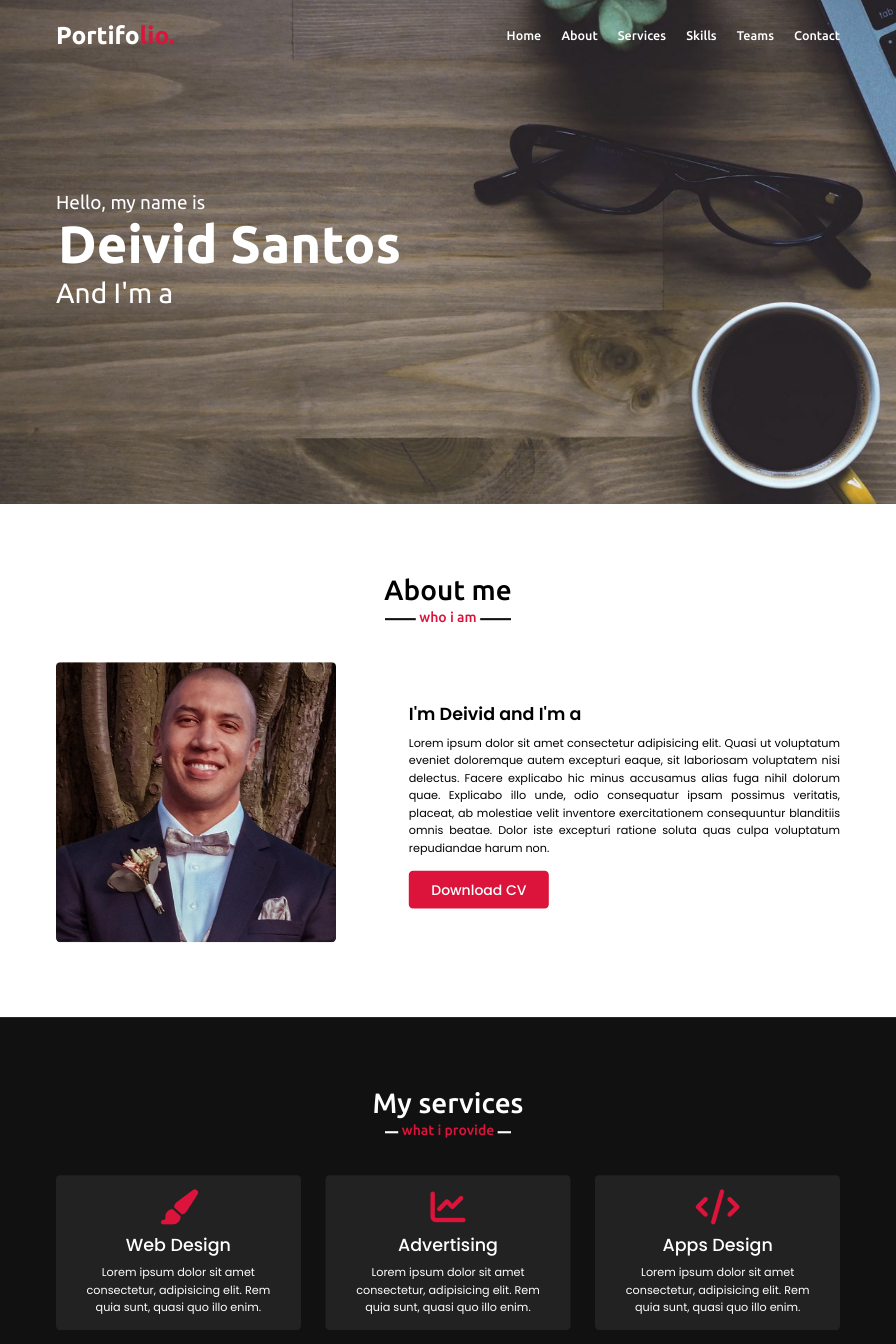
Repository: deividwsantoss/portfolio
Page: index.html
These files come from the project's save history. The page is drawn as it stood at one moment and after the next save; the edit follows.
The browser window is 1280 px wide. The pictures show the part of the page from y = 0 to 1920 px (the page is 3623 px tall before and 3973 px after), at 70% of full size.
Some web libraries are served in a nearby version.

Above is the page before, as saved 2021-03-01 23:44:07.
Console error: SyntaxError: Identifier 'typed' has already been declared

### index.html
<!DOCTYPE html>
<html lang="en">
    <head>
        <meta charset="UTF-8">
        <meta name="viewport" content="width=device-width, initial-scale=1.0">
       <title>Deivid Santos Portfolio</title>
        <link rel="stylesheet" href="/Content/style.css">
        <script src="https://kit.fontawesome.com/a076d05399.js"></script>
        <script  src="https://code.jquery.com/jquery-3.5.1.min.js"></script>
        <script src="https://cdnjs.cloudflare.com/ajax/libs/typed.js/2.0.11/typed.min.js"></script>
        <script src="https://cdnjs.cloudflare.com/ajax/libs/waypoints/4.0.1/jquery.waypoints.min.js"></script>
        <script src="https://cdnjs.cloudflare.com/ajax/libs/OwlCarousel2/2.3.4/owl.carousel.min.js"></script>
        <link rel="stylesheet" href="https://cdnjs.cloudflare.com/ajax/libs/OwlCarousel2/2.3.4/assets/owl.carousel.min.css"/>
    </head>
<body>
    <nav class="navbar">
        <div class="max-width">
            <div class="logo"><a href="#">Portifo<span>lio.</span></a></div>
            <ul class="menu">
                <li><a href="#home" class="menu-btn">Home</a></li>
                <li><a href="#about" class="menu-btn">About</a></li>
                <li><a href="#services" class="menu-btn">Services</a></li>
                <li><a href="#skills" class="menu-btn">Skills</a></li>
                <li><a href="#teams" class="menu-btn">Teams</a></li>
                <li><a href="#contact" class="menu-btn">Contact</a></li>
            </ul>
            <div class="menu-btn">
                <i class="fas fa-bars"></i>
            </div>
        </div>
    </nav>

    <!-- Home Section Start -->
    <section class="home" id="home">
        <div class="max-width">
            <div class="home-content">
                <div class="text-1">Hello, my name is </div>
                <div class="text-2">Deivid Santos</div>
                <div class="text-3">And I'm a  <span class="typing"></span></div>
            </div>
        </div>
    </section>
<!-- about section start -->
<section class="about" id="about">
    <div class="max-width">
        <h2 class="title">About me</h2>
        <div class="about-content">
            <div class="column left">
                <img src="images/profile-1.jpeg" alt="">
            </div>
            <div class="column right">
                <div class="text">I'm Deivid and I'm a <span class="typing-2"></span></div>
                <p>Lorem ipsum dolor sit amet consectetur adipisicing elit. Quasi ut voluptatum eveniet doloremque autem excepturi eaque, sit laboriosam voluptatem nisi delectus. Facere explicabo hic minus accusamus alias fuga nihil dolorum quae. Explicabo illo unde, odio consequatur ipsam possimus veritatis, placeat, ab molestiae velit inventore exercitationem consequuntur blanditiis omnis beatae. Dolor iste excepturi ratione soluta quas culpa voluptatum repudiandae harum non.</p>
                <a href="#">Download CV</a>
            </div>
        </div>
    </div>
</section>
  <!-- services section start -->
  <section class="services" id="services">
    <div class="max-width">
        <h2 class="title">My services</h2>
        <div class="serv-content">
            <div class="card">
                <div class="box">
                    <i class="fas fa-paint-brush"></i>
                    <div class="text">Web Design</div>
                    <p>Lorem ipsum dolor sit amet consectetur, adipisicing elit. Rem quia sunt, quasi quo illo enim.</p>
                </div>
            </div>
            <div class="card">
                <div class="box">
                    <i class="fas fa-chart-line"></i>
                    <div class="text">Advertising</div>
                    <p>Lorem ipsum dolor sit amet consectetur, adipisicing elit. Rem quia sunt, quasi quo illo enim.</p>
                </div>
            </div>
            <div class="card">
                <div class="box">
                    <i class="fas fa-code"></i>
                    <div class="text">Apps Design</div>
                    <p>Lorem ipsum dolor sit amet consectetur, adipisicing elit. Rem quia sunt, quasi quo illo enim.</p>
                </div>
            </div>
           </div>
        </div>
    </div>
</section>

<!-- skills section start -->
<section class="skills" id="skills">
    <div class="max-width">
        <h2 class="title">My skills</h2>
        <div class="skills-content">
            <div class="column left">
                <div class="text">My creative skills & experiences.</div>
                <p>Lorem ipsum dolor sit amet consectetur adipisicing elit. Dignissimos, ratione error est recusandae consequatur, iusto illum deleniti quidem impedit, quos quaerat quis minima sequi. Cupiditate recusandae laudantium esse, harum animi aspernatur quisquam et delectus ipsum quam alias quaerat? Quasi hic quidem illum. Ad delectus natus aut hic explicabo minus quod.</p>
                <a href="#">Read more</a>
            </div>
            <div class="column right">
                <div class="bars">
                    <div class="info">
                        <span>Oriented-Programming</span>
                        <span>90%</span>
                    </div>
                    <div class="line html"></div>
                </div>
                <div class="bars">
                    <div class="info">
                        <span></span>
                        <span>60%</span>
                    </div>
                    <div class="line css"></div>
                </div>
                <div class="bars">
                    <div class="info">
                        <span>Java</span>
                        <span>80%</span>
                    </div>
                    <div class="line js"></div>
                </div>
                <div class="bars">
                    <div class="info">
                        <span>PHP</span>
                        <span>50%</span>
                    </div>
                    <div class="line php"></div>
                </div>
                <div class="bars">
                    <div class="info">
                        <span>MySQL</span>
                        <span>70%</span>
                    </div>
                    <div class="line mysql"></div>
                </div>
            </div>
        </div>
    </div>
</section>

<!-- teams section start -->
<section class="teams" id="teams">
    <div class="max-width">
        <h2 class="title">My teams</h2>
        <div class="carousel owl-carousel">
            <div class="card">
                <div class="box">
                    <img src="images/profile-1.jpeg" alt="">
                    <div class="text">Someone name</div>
                    <p>Lorem ipsum dolor sit amet consectetur adipisicing elit.</p>
                </div>
            </div>
            <div class="card">
                <div class="box">
                    <img src="images/profile-2.jpeg" alt="">
                    <div class="text">Someone name</div>
                    <p>Lorem ipsum dolor sit amet consectetur adipisicing elit.</p>
                </div>
            </div>
            <div class="card">
                <div class="box">
                    <img src="images/profile-3.jpeg" alt="">
                    <div class="text">Someone name</div>
                    <p>Lorem ipsum dolor sit amet consectetur adipisicing elit.</p>
                </div>
            </div>
            <div class="card">
                <div class="box">
                    <img src="images/profile-4.jpeg" alt="">
                    <div class="text">Someone name</div>
                    <p>Lorem ipsum dolor sit amet consectetur adipisicing elit.</p>
                </div>
            </div>
            <div class="card">
                <div class="box">
                    <img src="images/profile-5.jpeg" alt="">
                    <div class="text">Someone name</div>
                    <p>Lorem ipsum dolor sit amet consectetur adipisicing elit.</p>
                </div>
            </div>
        </div>
    </div>
</section>

<!-- contact section start -->
<section class="contact" id="contact">
    <div class="max-width">
        <h2 class="title">Contact me</h2>
        <div class="contact-content">
            <div class="column left">
                <div class="text">Get in Touch</div>
                <p>Lorem, ipsum dolor sit amet consectetur adipisicing elit. Dignissimos harum corporis fuga corrupti. Doloribus quis soluta nesciunt veritatis vitae nobis?</p>
                <div class="icons">
                    <div class="row">
                        <i class="fas fa-user"></i>
                        <div class="info">
                            <div class="head">Name</div>
                            <div class="sub-title">Deivid Santos</div>
                        </div>
                    </div>
                    <div class="row">
                        <i class="fas fa-map-marker-alt"></i>
                        <div class="info">
                            <div class="head">Address</div>
                            <div class="sub-title">Luzern, Switzerland</div>
                        </div>
                    </div>
                    <div class="row">
                        <i class="fas fa-envelope"></i>
                        <div class="info">
                            <div class="head">Email</div>
                            <div class="sub-title">deivid.w.santos@gmail.com</div>
                        </div>
                    </div>
                </div>
            </div>
            <div class="column right">
                <div class="text">Message me</div>
                <form action="#">
                    <div class="fields">
                        <div class="field name">
                            <input type="text" placeholder="Name" required>
                        </div>
                        <div class="field email">
                            <input type="email" placeholder="Email" required>
                        </div>
                    </div>
                    <div class="field">
                        <input type="text" placeholder="Subject" required>
                    </div>
                    <div class="field textarea">
                        <textarea cols="30" rows="10" placeholder="Message.." required></textarea>
                    </div>
                    <div class="button">
                        <button type="submit">Send message</button>
                    </div>
                </form>
            </div>
        </div>
    </div>
</section>

<!-- footer section start -->
<footer>
    <span>Created By Deivid Santos | <span class="far fa-copyright"></span> 2021 All rights reserved.</span>
</footer>

<script src="script.js"></script>
</body>
</html>
<script src="script.js" type="text/javascript"></script>
</body>
</html>

### Scripts/script.js
$(document).ready(function(){
    $(window).scroll(function(){
        // sticky navbar on scroll script
        if(this.scrollY > 20){
            $('.navbar').addClass("sticky");
        }else{
            $('.navbar').removeClass("sticky");
        }

        // scroll-up button show/hide script
        if(this.scrollY > 500){
            $('.scroll-up-btn').addClass("show");
        }else{
            $('.scroll-up-btn').removeClass("show");
        }
    });

    // slide-up script
    $('.scroll-up-btn').click(function(){
        $('html').animate({scrollTop: 0});
        // removing smooth scroll on slide-up button click
        $('html').css("scrollBehavior", "auto");
    });

    $('.navbar .menu li a').click(function(){
        // applying again smooth scroll on menu items click
        $('html').css("scrollBehavior", "smooth");
    });

    // toggle menu/navbar script
    $('.menu-btn').click(function(){
        $('.navbar .menu').toggleClass("active");
        $('.menu-btn i').toggleClass("active");
    });

    // typing text animation script
    let typed = new Typed(".typing", {
        strings: ["Software Engineer", "Developer", "DevOps Engineer", "Test Engineer", "Freelancer"],
        typeSpeed: 100,
        backSpeed: 60,
        loop: true
    });

    var typed = new Typed(".typing-2", {
        strings: ["Software Engineer", "Developer", "DevOps Engineer", "Test Engineer", "Freelancer"],
        typeSpeed: 100,
        backSpeed: 60,
        loop: true
    });

    // owl carousel script
    $('.carousel').owlCarousel({
        margin: 20,
        loop: true,
        autoplayTimeOut: 2000,
        autoplayHoverPause: true,
        responsive: {
            0:{
                items: 1,
                nav: false
            },
            600:{
                items: 2,
                nav: false
            },
            1000:{
                items: 3,
                nav: false
            }
        }
    });
});

Loaded but not shown: Content/style.css (673 lines, source omitted)

After the next save:
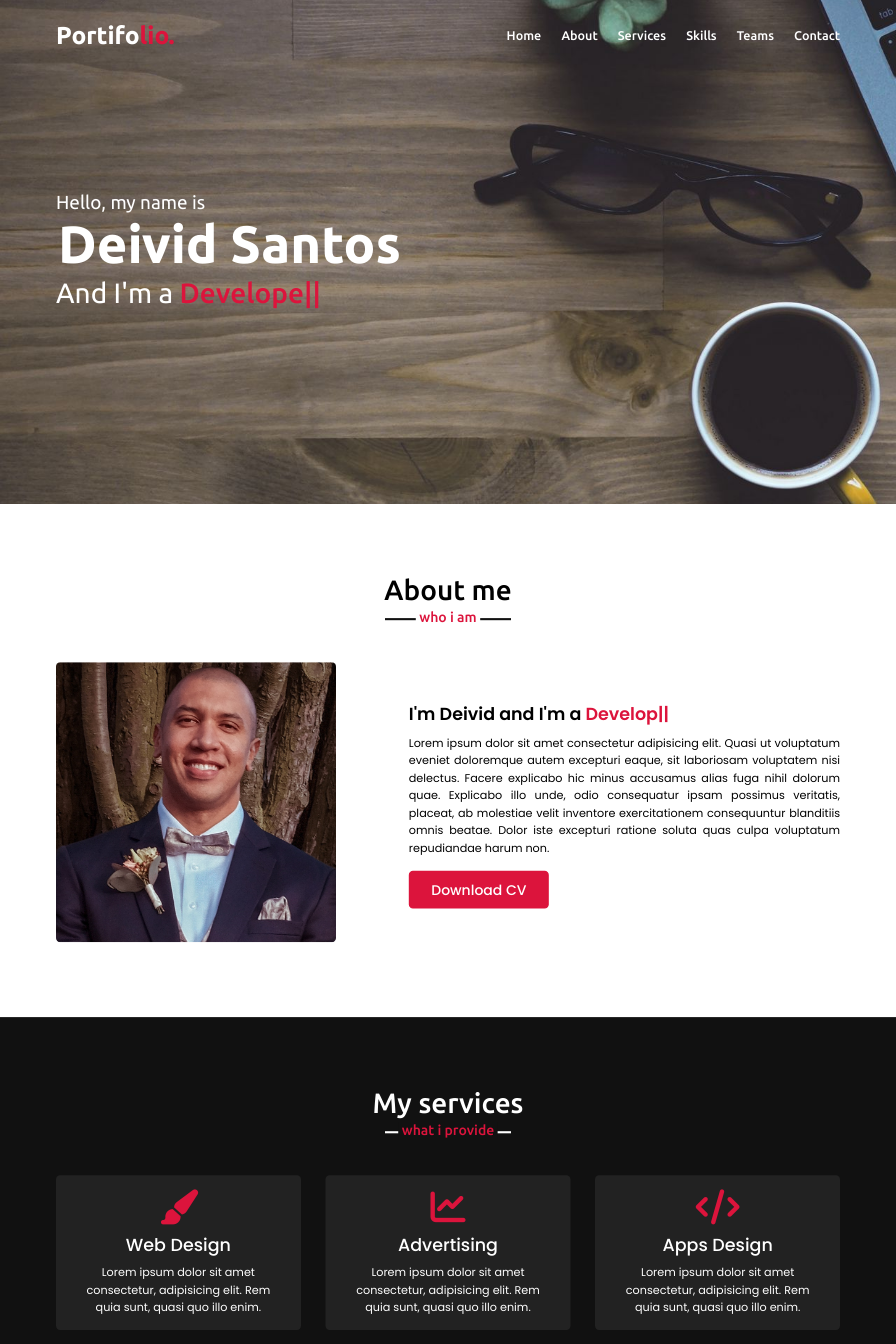
The error is gone.
Saved 6 s later.
--- a/Scripts/script.js
+++ b/Scripts/script.js
@@ -34,7 +34,7 @@ $(document).ready(function(){
     });
 
     // typing text animation script
-    let typed = new Typed(".typing", {
+    var typed = new Typed(".typing", {
         strings: ["Software Engineer", "Developer", "DevOps Engineer", "Test Engineer", "Freelancer"],
         typeSpeed: 100,
         backSpeed: 60,
